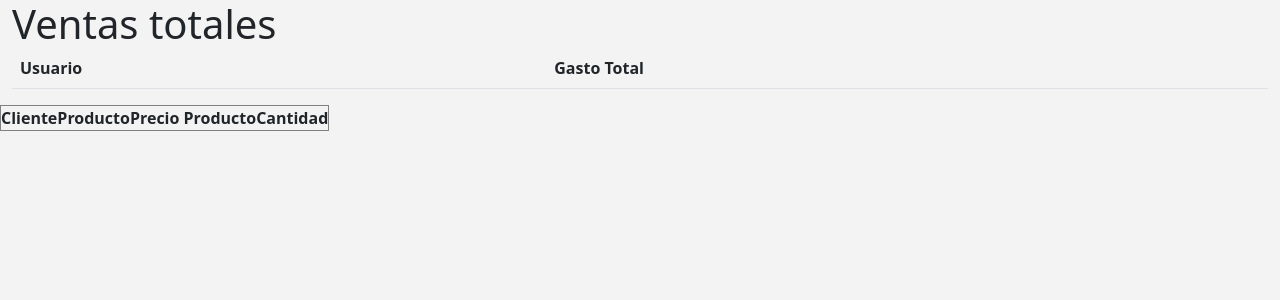
Repository: daniddm/TrabajaDawEcommerce
Page: http://localhost/Ecommerce_SanTierno/verVentas.jsp
These files come from the project's save history. The page is drawn as it stood at one moment and after the next save; the edit follows.
The browser window is 1280 px wide. The pictures show the whole page.
The page is served by Tomcat 9.

Above is the page before, as saved 2021-12-10 18:28:00.

After the next save:
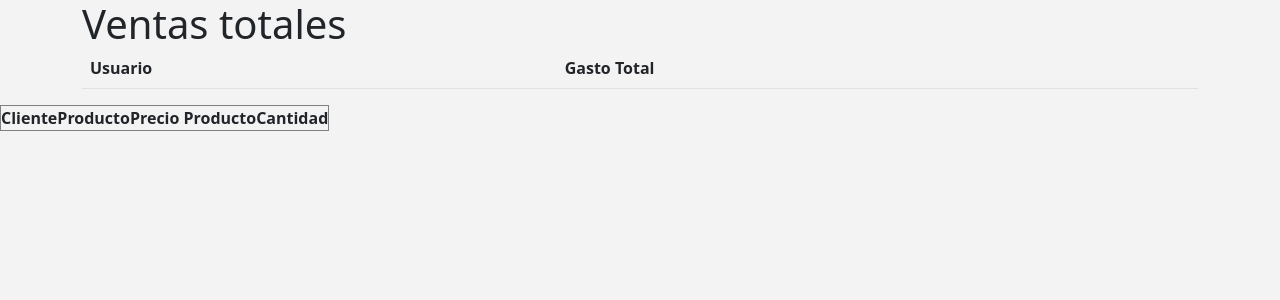
Saved 24 s later.
--- a/Ecommerce_SanTierno/WebContent/verVentas.jsp
+++ b/Ecommerce_SanTierno/WebContent/verVentas.jsp
@@ -20,7 +20,7 @@
 
 <body class="h-100 w-100">
 
-	<div class="container-fluid">
+	<div class="container">
 		<span class="display-6">Ventas totales</span>
 		<table class="table">
 			<tr>
